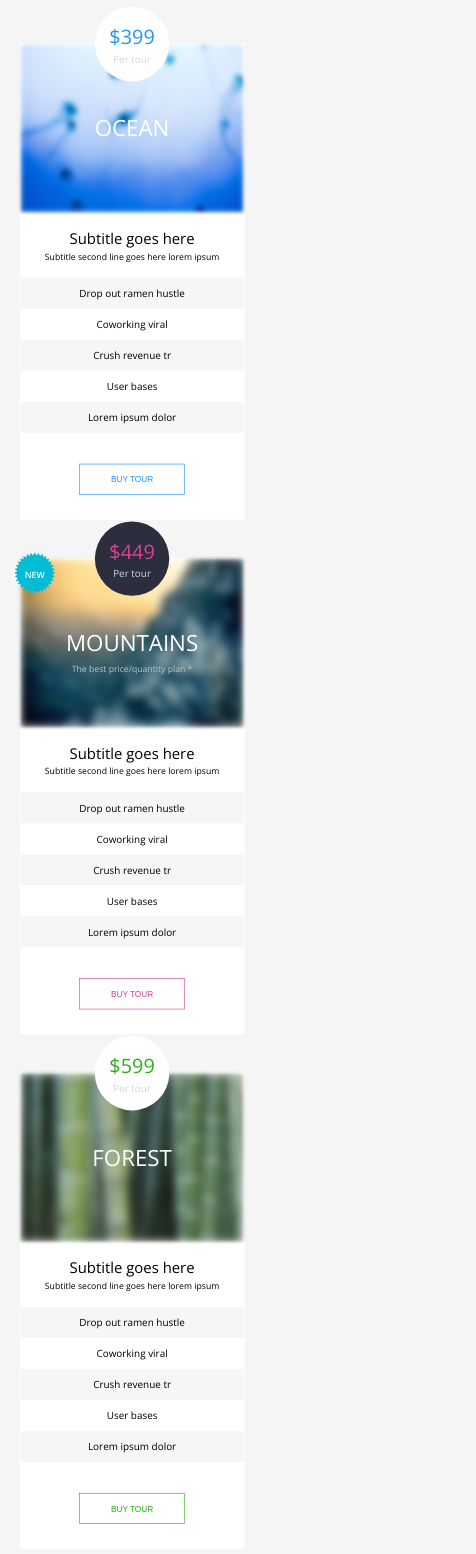
Repository: HoanTiny/pricetable
Page: index.html
An editor plug-in stored every save of this project. The page is shown before and after the next save, followed by the edit.
The browser window is 768 px wide. The pictures show the whole page, at 62% of full size.
Some web fonts or font styles are not loaded; a fallback is used.

Above is the page before, as saved 2022-07-04 12:02:13.

After the next save:
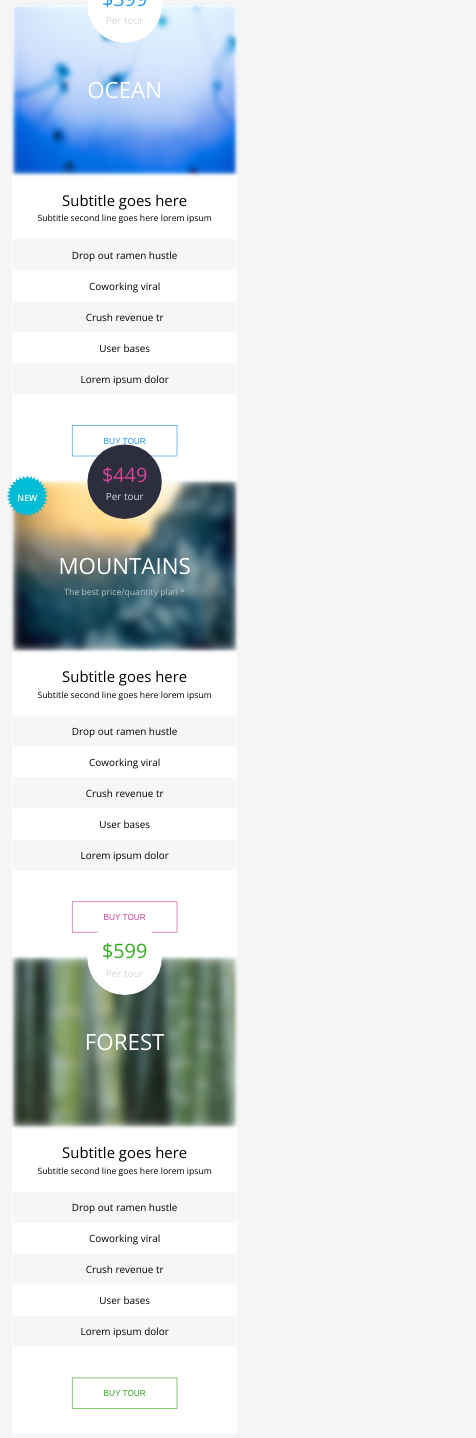
Saved 12 s later.
--- a/assests/css/reponsive.css
+++ b/assests/css/reponsive.css
@@ -5,9 +5,7 @@
 
     .price-table {
         margin-top: 62px;
-        .price-table {
-            margin-top: 62px;
-        }
+        margin: 0 12px;
     }
 }
 

After the save that followed:
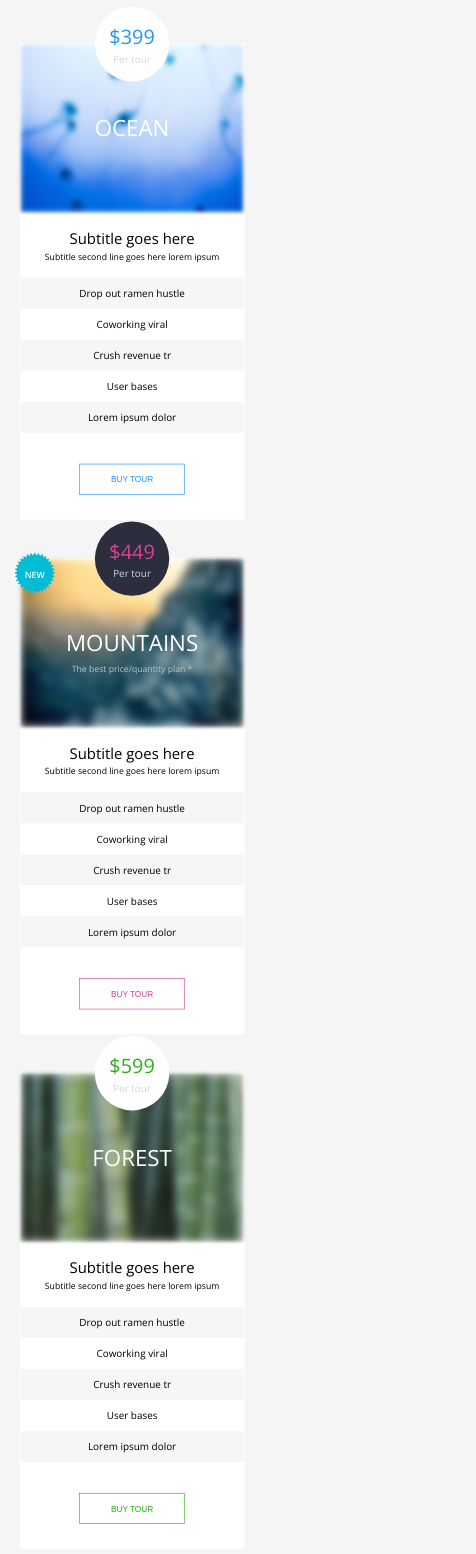
Saved 18 s later.
--- a/assests/css/reponsive.css
+++ b/assests/css/reponsive.css
@@ -5,7 +5,7 @@
 
     .price-table {
         margin-top: 62px;
-        margin: 0 12px;
+        margin-right: 12px;
     }
 }
 
